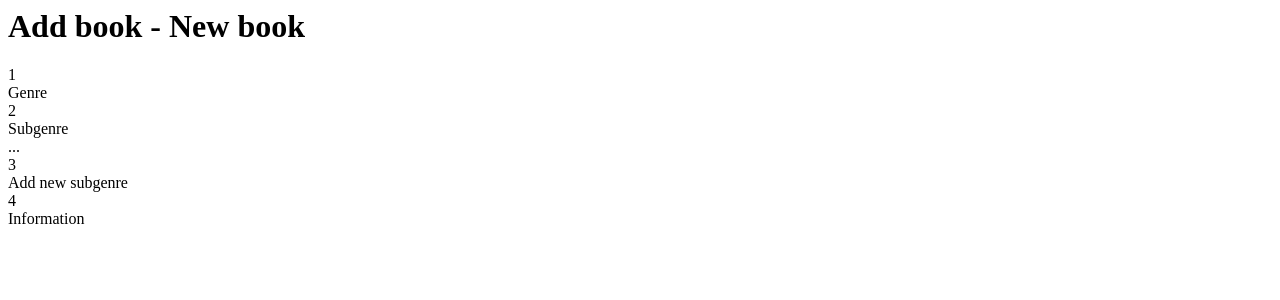
Repository: GregorPiev/angularjs-add-book
Page: app/main/component/main.template.html
These files come from the project's save history. The page is drawn as it stood at one moment and after the next save; the edit follows.
The browser window is 1280 px wide. The pictures show the whole page.

Above is the page before, as saved 2020-10-05 10:36:16.

### app/main/component/main.template.html
<div class="container-fluid">
	<div class="row">
		<div
			class="col-md-10 col-md-offset-1 col-sm-offset-1 col-sm-10 col-xs-offset-1 col-xs-10 text-left"
		>
			<h1 class="main-title">Add book - New book</h1>
		</div>
	</div>
	<div class="row">
		<div class="col-md-10 col-md-offset-1 text-center block-step">
			<div class="line" ng-class="{'step-display': step==5}"></div>
			<div class="step" ng-class="{'step-display': step==5}">
				<div class="step-number" ng-class="{'step-choosed': step==1}">1</div>
				Genre
			</div>
			<div class="step" ng-class="{'step-display': step==5}">
				<div class="step-number" ng-class="{'step-choosed': step==2}">2</div>
				Subgenre
			</div>

			<div
				class="step"
				ng-class="{'step-display': step==5 || step==3 || step==4}"
			>
				<div class="step-number">...</div>
			</div>

			<div
				class="step"
				ng-class="{'step-display': step==5 || step==1 || step==2}"
			>
				<div class="step-number" ng-class="{'step-choosed': step==3}">3</div>
				Add new subgenre
			</div>

			<div
				class="step"
				ng-class="{'step-display': step==5 || step==1 || step==2}"
			>
				<div class="step-number" ng-class="{'step-choosed': step==4}">4</div>
				Information
			</div>
		</div>

		<div class="col-md-10 col-md-offset-1 text-center">
			<div ng-view></div>
		</div>
	</div>
</div>

After the next save:
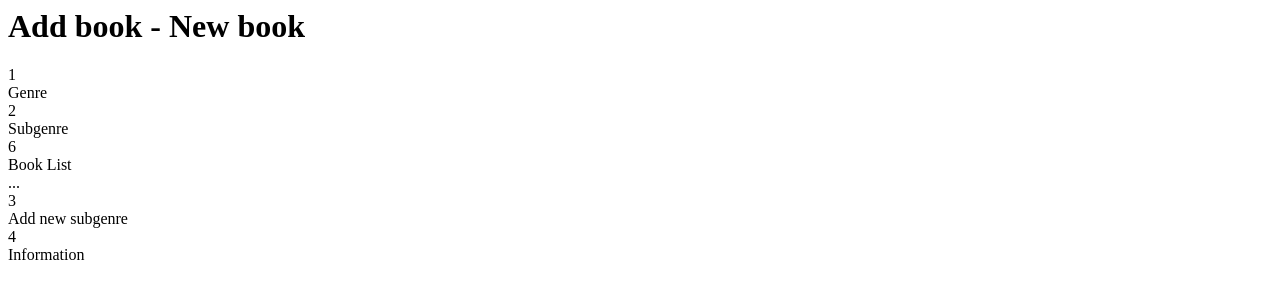
Saved 4 min 38 s later.
--- a/app/main/component/main.template.html
+++ b/app/main/component/main.template.html
@@ -16,6 +16,11 @@
 			<div class="step" ng-class="{'step-display': step==5}">
 				<div class="step-number" ng-class="{'step-choosed': step==2}">2</div>
 				Subgenre
+			</div>
+
+			<div class="step" ng-class="{'step-display': step==6}">
+				<div class="step-number" ng-class="{'step-choosed': step==6}">6</div>
+				Book List
 			</div>
 
 			<div
